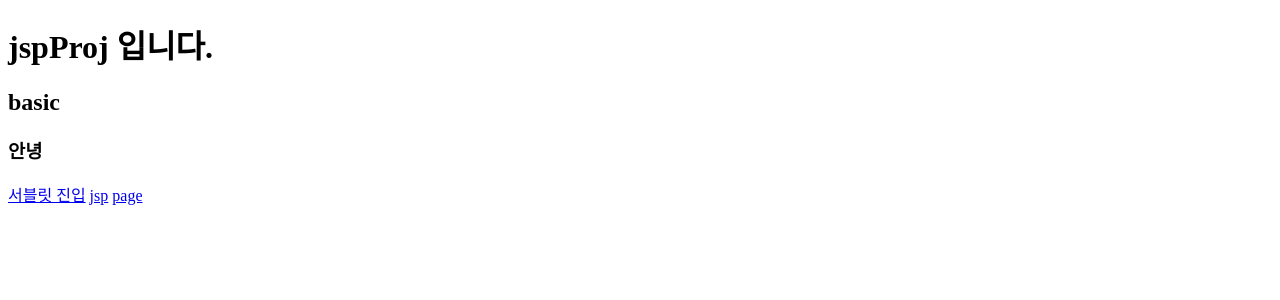
Repository: pshho/newJspProject
Page: http://localhost/JspProj/
These files come from the project's save history. The page is drawn as it stood at one moment and after the next save; the edit follows.
The browser window is 1280 px wide. The pictures show the whole page.
The page is served by Tomcat 9. Other server files are loaded and not shown.

Above is the page before, as saved 2023-07-25 07:48:11.

### JspProj/src/main/webapp/index.jsp
<%@ page language="java" contentType="text/html; charset=UTF-8"
    pageEncoding="UTF-8"%>
<!DOCTYPE html>
<html>
<head>
<meta charset="UTF-8">
<title>jspProj 입니다.</title>
</head>
<body>
	<h1>jspProj 입니다.</h1>
	<h2>basic</h2>
	<h3>안녕</h3>
	<a href="basic/First">서블릿 진입</a>
	<a href="basic/03_third.jsp">jsp</a>
	<a href="basic/04_page.jsp">page</a>
</body>
</html>

After the next save:
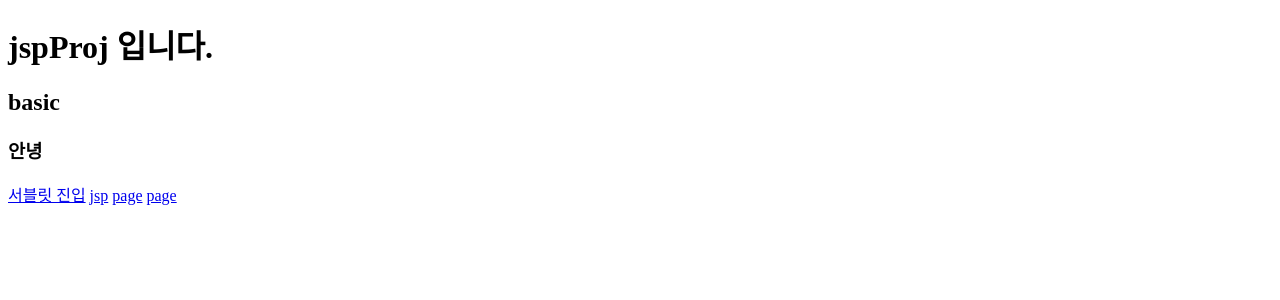
Saved 54 min 59 s later.
--- a/JspProj/src/main/webapp/index.jsp
+++ b/JspProj/src/main/webapp/index.jsp
@@ -13,5 +13,6 @@
 	<a href="basic/First">서블릿 진입</a>
 	<a href="basic/03_third.jsp">jsp</a>
 	<a href="basic/04_page.jsp">page</a>
+	<a href="basic/05_config.jsp">page</a>
 </body>
 </html>
